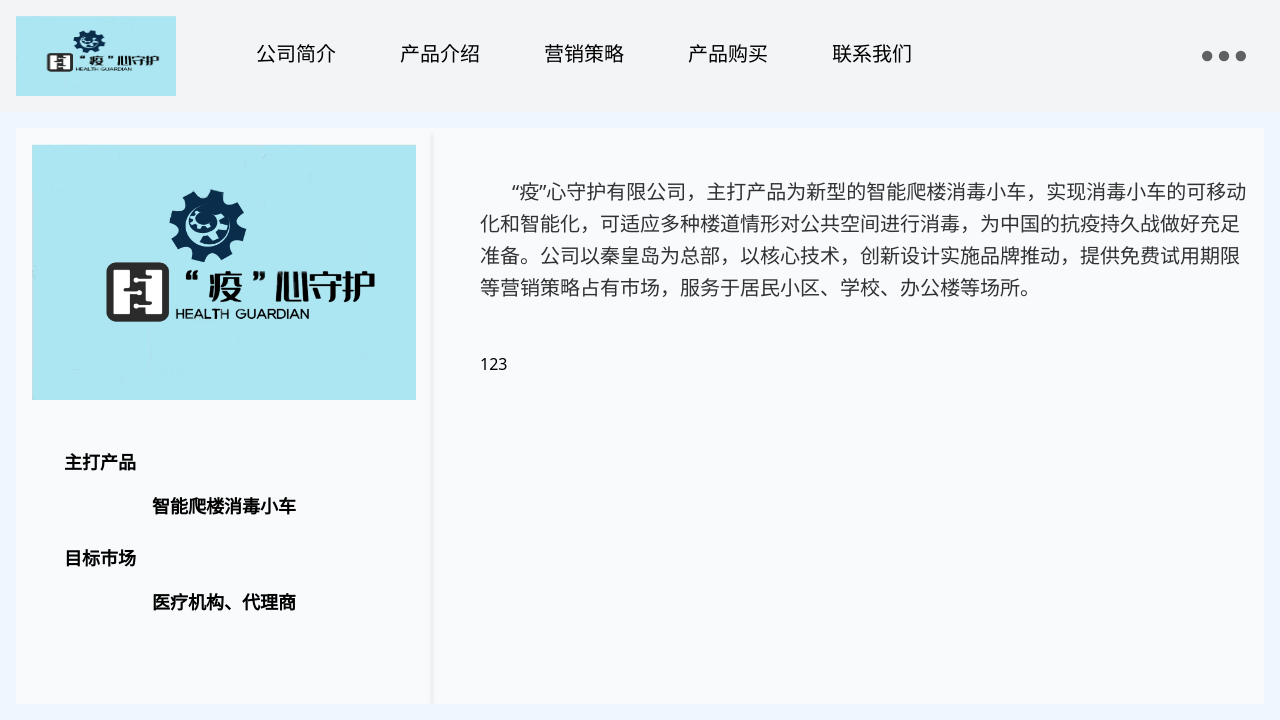
Repository: LiuRuohui/company_introduction
Page: /#/introduction
The author's editor kept a copy of each file at every save. The page is drawn from the files as they stood at one save, then again after the next save.
The browser window is 1280 px wide. The pictures show the whole page.
The project was rebuilt for these pictures with package versions that can differ from the ones it lists, and the page was loaded fresh each time. Also part of the build but not shown: vite.config.js, src/components/product.vue, src/components/purchase.vue, src/components/strategy.vue, src/components/contact.vue.

Above is the page before, as saved 2022-05-12 23:13:29.

### index.html
<!DOCTYPE html>
<html lang="en">
  <head>
    <meta charset="UTF-8" />
    <link rel="icon" href="/favicon.ico" />
    <meta name="viewport" content="width=device-width, initial-scale=1.0" />
    <title>COMPANY_INTRODUCTION</title>
  </head>
  <body>
    <div id="app"></div>
    <script type="module" src="/src/main.js"></script>
  </body>
</html>

### src/main.js
import { createApp } from 'vue'
import "./index.css";
//引入路由器
import router from '../src/router/route.js'

import App from './App.vue'

const app = createApp(App);
app.use(router);
app.mount('#app');

### src/index.css
/* ./src/index.css */

@tailwind base;
@tailwind components;
.inputFrame {
  @apply w-full content-center text-base px-4 py-2 border-b rounded-2xl border-gray-300;
}

.inputFrame:focus {
  @apply outline-none border-indigo-500;
}

.btn {
  @apply w-full flex justify-center bg-gradient-to-r from-indigo-500 to-blue-600 text-gray-100 p-4 rounded-full tracking-wide font-semibold shadow-lg cursor-pointer transition ease-in duration-500;
}

.btn:hover {
  @apply bg-gradient-to-l from-blue-500 to-indigo-600;
}

.label {
  @apply ml-3 text-sm font-bold text-gray-700 tracking-wide;
}

@tailwind utilities;

### src/router/route.js
import { createRouter, createWebHashHistory } from "vue-router";
//引入组件
import Introduction from "../components/introduction.vue"
import Product from "../components/product.vue"
import Purchase from "../components/purchase.vue"
import Strategy from "../components/strategy.vue"
import Contact from "../components/contact.vue"

const route = [
    {
        path:'/introduction',
        component:Introduction
    },
    {
        path:'/product',
        component:Product
    },
    {
        path:'/strategy',
        component:Strategy
    },
    {
        path:'/purchase',
        component:Purchase
    },
    {
        path:'/contact',
        component:Contact
    },
]

// 创建路由对象
const router = createRouter({
    history: createWebHashHistory(),
    routes: route
  });


export default router

### src/App.vue
<script setup>
import MainPage from './components/mainPage.vue';
// This starter template is using Vue 3 <script setup> SFCs
// Check out https://vuejs.org/api/sfc-script-setup.html#script-setup

</script>

<template>
<MainPage class="select-none"></MainPage>
</template>

<style>
	/* Hide scrollbar for Chrome, Safari and Opera */
	.no-scrollbar::-webkit-scrollbar {
		display: none;
	}

	/* Hide scrollbar for IE, Edge and Firefox */
	.no-scrollbar {
		-ms-overflow-style: none; /* IE and Edge */
		scrollbar-width: none; /* Firefox */
	}
</style>

### src/components/introduction.vue
<script setup>
const intro = "“疫”心守护有限公司，主打产品为新型的智能爬楼消毒小车，实现消毒小车的可移动化和智能化，可适应多种楼道情形对公共空间进行消毒，为中国的抗疫持久战做好充足准备。公司以秦皇岛为总部，以核心技术，创新设计实施品牌推动，提供免费试用期限等营销策略占有市场，服务于居民小区、学校、办公楼等场所。"
</script>

<template>
    <div class="w-full m-4 flex flex-row bg-slate-50 overflow-y-auto no-scrollbar">
        <div class="flex h-full w-1/3 shadow-md">
            <div class="m-4 w-full flex flex-col">
                <img src="/src/assets/logo.png" class="h-64" alt="">
                <div class="flex flex-grow my-4">
                    <div class="w-full m-8 flex flex-col text-lg font-sans font-bold">
                        <div class="w-full h-24">
                            主打产品
                            <div class="w-full text-center mt-4">智能爬楼消毒小车</div>
                        </div>
                        <div class="w-full h-24">
                            目标市场
                             <div class="w-full text-center mt-4">医疗机构、代理商</div>
                        </div>
                    </div>
                </div>
            </div>
        </div>
        <div class="flex flex-grow flex-col shadow-md w-2/3">
            <div class="m-4 w-full h-1/4 text-ellipsis">
                <div class="m-8 leading-8 indent-8 opacity-80 hover:opacity-100 hover:cursor-pointer font-sans text-left break-normal text-xl font-medium">{{intro}}</div>
            </div>
            <div class="m-4 w-full flex flex-grow">
                <div class="m-8">123</div>
            </div>
        </div>
    </div>
</template>

### src/components/mainPage.vue
<script setup></script>

<template>
    <div class="min-h-screen w-full flex flex-col bg-white">
        <div class="w-full h-28 flex flex-row bg-gray-100">
            <div class="h-full flex flex-col">
                <img
                    src="/src/assets/logo.png"
                    alt="公司图标"
                    class="h-20 m-4 w-40"
                />
            </div>
            <div class="flex font-sans text-xl ml-8">
                <router-link
                    active-class="active"
                    to="/introduction"
                    class="px-8 pt-10 hover:cursor-pointer hover:bg-blue-300"
                    >公司简介</router-link
                >
                <router-link
                    active-class="active"
                    to="/product"
                    class="px-8 pt-10 hover:cursor-pointer hover:bg-blue-300"
                    >产品介绍</router-link
                >
                <router-link
                    active-class="active"
                    to="/strategy"
                    class="px-8 pt-10 hover:cursor-pointer hover:bg-blue-300"
                    >营销策略</router-link
                >
                <router-link
                    active-class="active"
                    to="/purchase"
                    class="px-8 pt-10 hover:cursor-pointer hover:bg-blue-300"
                    >产品购买</router-link
                >
                <router-link
                    active-class="active"
                    to="/contact"
                    class="px-8 pt-10 hover:cursor-pointer hover:bg-blue-300"
                    >联系我们</router-link
                >
            </div>
            <div class="flex flex-grow flex-row-reverse">
                <img
                    src="/src/assets/more.svg"
                    alt="更多"
                    class="w-16 h-16 opacity-60 mt-6 mr-6 hover:cursor-pointer"
                />
            </div>
        </div>
        <div class="w-full flex flex-grow bg-blue-50">
            <router-view></router-view>
        </div>
    </div>
</template>

<style></style>

### tailwind.config.js
module.exports = {
  content: [
      "./index.html",
      "./src/**/*.{vue,js,ts,jsx,tsx}",
  ],
  theme: {
      extend: {},
  },
  plugins: [],
}

After the next save:
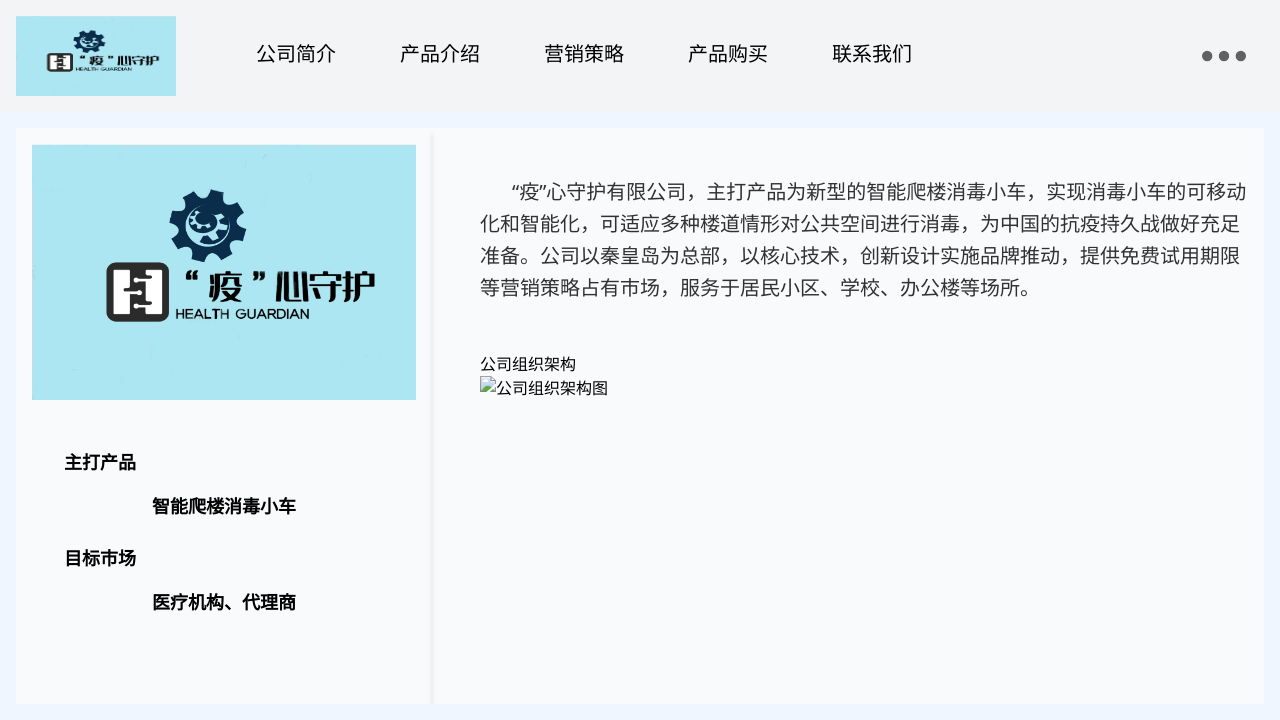
Saved 91 s later.
--- a/src/components/introduction.vue
+++ b/src/components/introduction.vue
@@ -25,8 +25,12 @@
             <div class="m-4 w-full h-1/4 text-ellipsis">
                 <div class="m-8 leading-8 indent-8 opacity-80 hover:opacity-100 hover:cursor-pointer font-sans text-left break-normal text-xl font-medium">{{intro}}</div>
             </div>
-            <div class="m-4 w-full flex flex-grow">
-                <div class="m-8">123</div>
+            <div class="m-4 w-full flex flex-grow flex-row">
+                <div class="m-8">
+                    公司组织架构
+                    <img src="" alt="公司组织架构图">
+                </div>
+                <div></div>
             </div>
         </div>
     </div>
